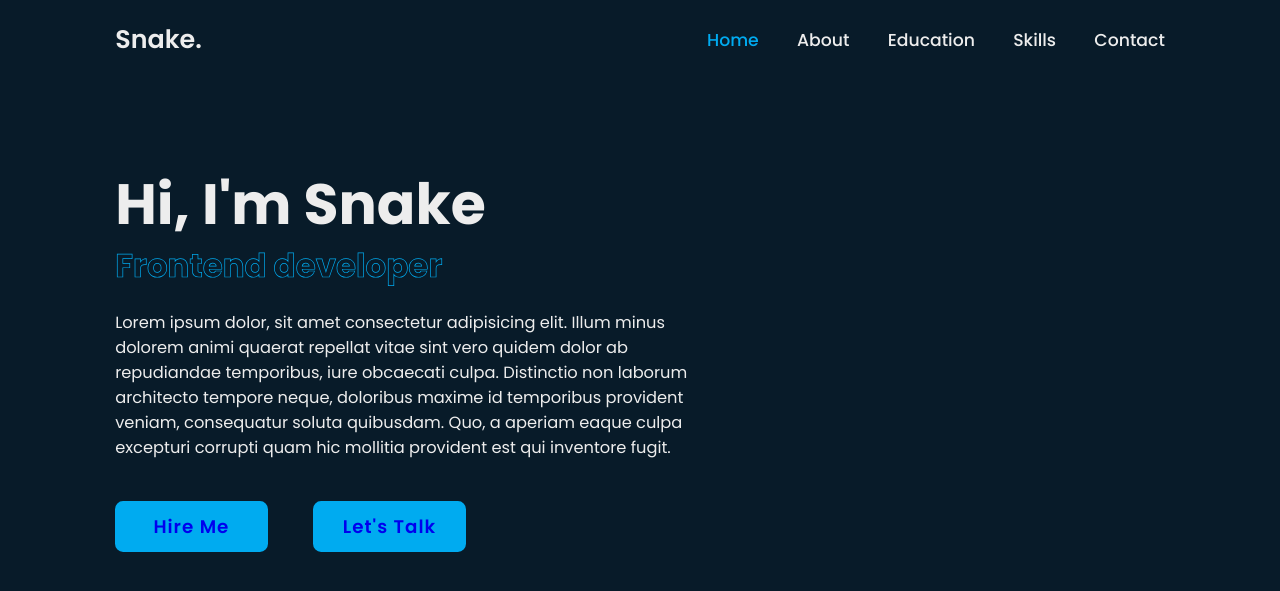
Repository: Tanty102/About_Me
Page: index.html
These files come from the project's save history. The page is drawn as it stood at one moment and after the next save; the edit follows.
The browser window is 1280 px wide. The pictures show the whole page.

Above is the page before, as saved 2023-09-12 16:47:07.

After the next save:
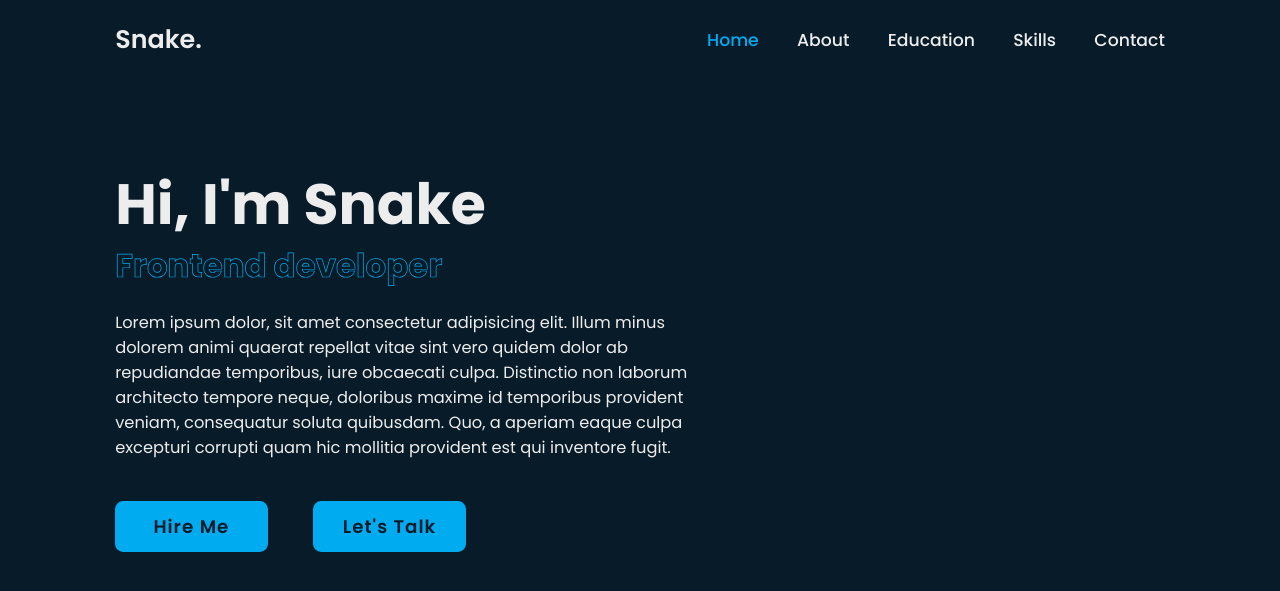
Saved 8 s later.
--- a/style.css
+++ b/style.css
@@ -125,5 +125,5 @@ section {
   font-size: 1.8rem;
   font-weight: 600;
   letter-spacing: .1rem;
-  color: bg;
+  color: var(--bg-color);
 }
